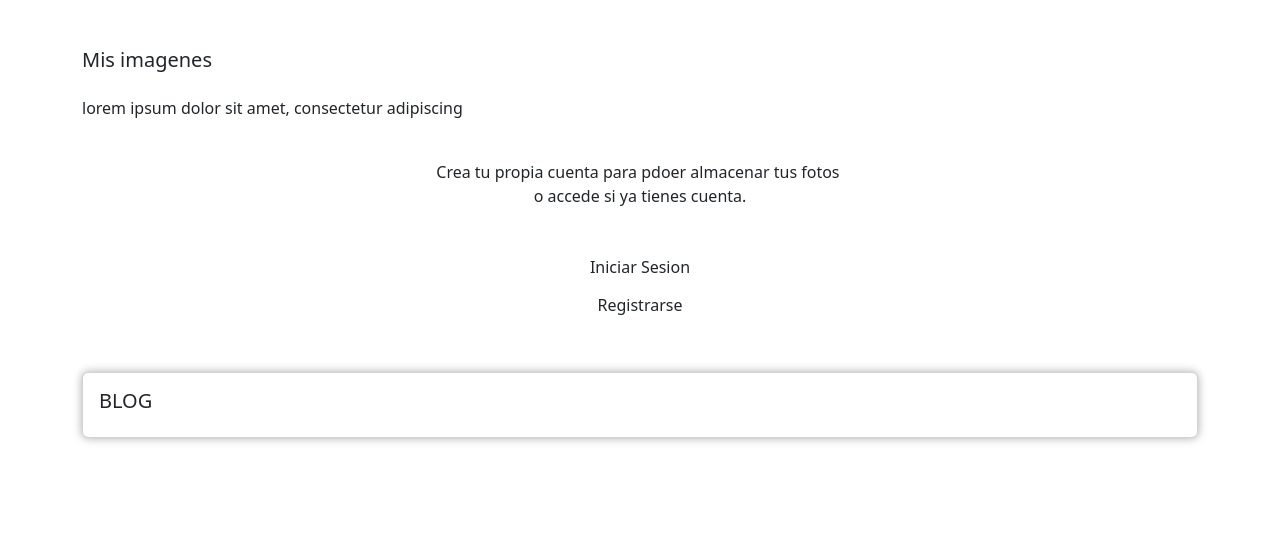
Repository: Davic1o/Fiebaseapp
Page: /
An editor plug-in stored every save of this project. The page is shown before and after a run of saves, followed by the edit.
The browser window is 1280 px wide. The pictures show the whole page.
The project was rebuilt for these pictures with package versions that can differ from the ones it lists, and the page was loaded fresh each time. The framework's server and built-in components were replaced by stand-ins that run in the browser. Also part of the build but not shown: next.config.js.

Above is the page before, as saved 2022-07-28 09:40:59.

### pages/index.js
import Head from 'next/head'
import Link from 'next/link'
import React, { useState, useEffect } from 'react'

import 'bootstrap/dist/css/bootstrap.min.css';
import { Container, Button, Card, CardTitle, CardText } from 'reactstrap';

export default function Home() {

  const HeadData = () => {
    return <Head>
      <title>Home</title>
      <meta name='viewport' content='initial-scale=1.0, width=device-width' />
      <meta name='description' content='Homepage' />
      <meta name='keywords' content='Homepage' />
      <link rel='icon' href='/favicon.ico' />
    </Head>
  }

  return <>
    <HeadData />
    <Container>
      <br />
      <br />
      <CardTitle tag='h5'>
        Mis imagenes
      </CardTitle>
      <br />
      <p>
        lorem ipsum dolor sit amet, consectetur adipiscing
      </p>
      <br />

      <CardText style={{ textAlign: 'center', whiteSpace: 'pre-wrap' }}>
        {`Crea tu propia cuenta para pdoer almacenar tus fotos \no accede si ya tienes cuenta.`}
      </CardText>
      <br />

      <div style={{ textAlign: 'center' }}>
        <Link href="/user_app/?loginType=login">
          <div style={{ display: 'inline-block' }}>
            <Button color='prymary' outline>
              Iniciar Sesion
            </Button>

          </div>
        </Link>
      </div>
      <div style={{ textAlign: 'center' }}>
        <Link href="/user_app/?loginType=registrer">
          <div style={{ display: 'inline-block' }}>
            <Button color='prymary' outline>
              Registrarse
            </Button>
          </div>
        </Link>
      </div>
      <br />
      <br />

      <Card body style={{ boxShadow: '0px 0px 10px 0px #00000055'}}>
      <CardTitle tag='h5'>
        BLOG
      </CardTitle>

      </Card>
    </Container>

  </>
}

Loaded but not shown: pages/_app.js (common file); styles/globals.css (common file)

After the next 2 saves:
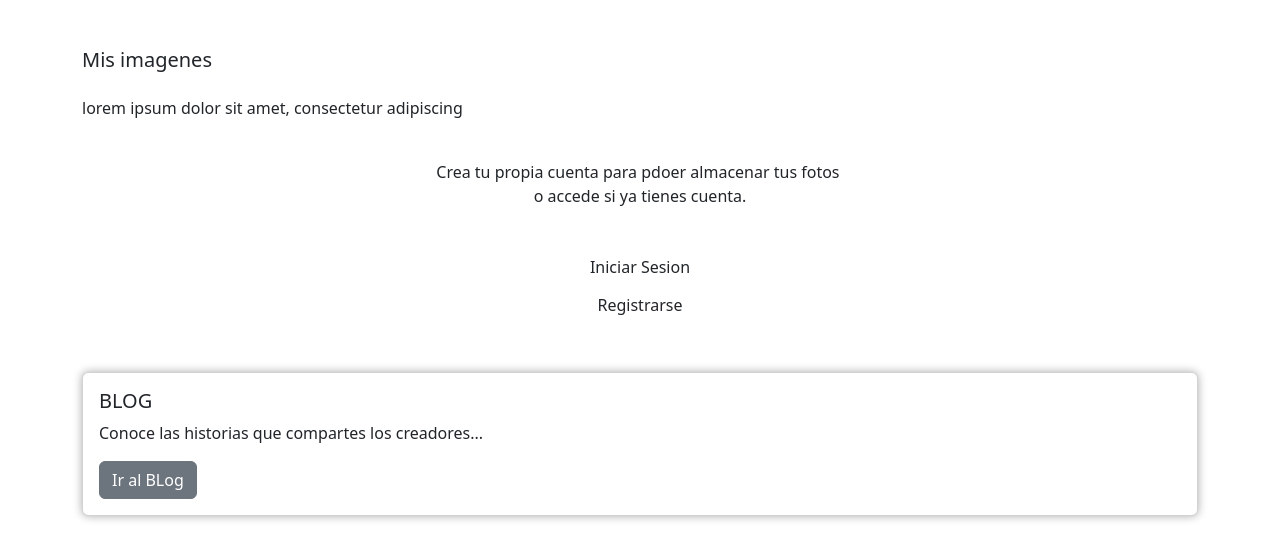
The 2 saves are shown as one change because 1 did not build or start.
The last was saved 2 min 10 s later.
--- a/pages/index.js
+++ b/pages/index.js
@@ -62,7 +62,16 @@ export default function Home() {
       <CardTitle tag='h5'>
         BLOG
       </CardTitle>
-
+      <CardText>
+        Conoce las historias que compartes los creadores...
+      </CardText>
+      <Link href='/blog'>
+        <div>
+          <Button>
+            Ir al BLog
+          </Button>
+        </div>
+      </Link>
       </Card>
     </Container>
 
